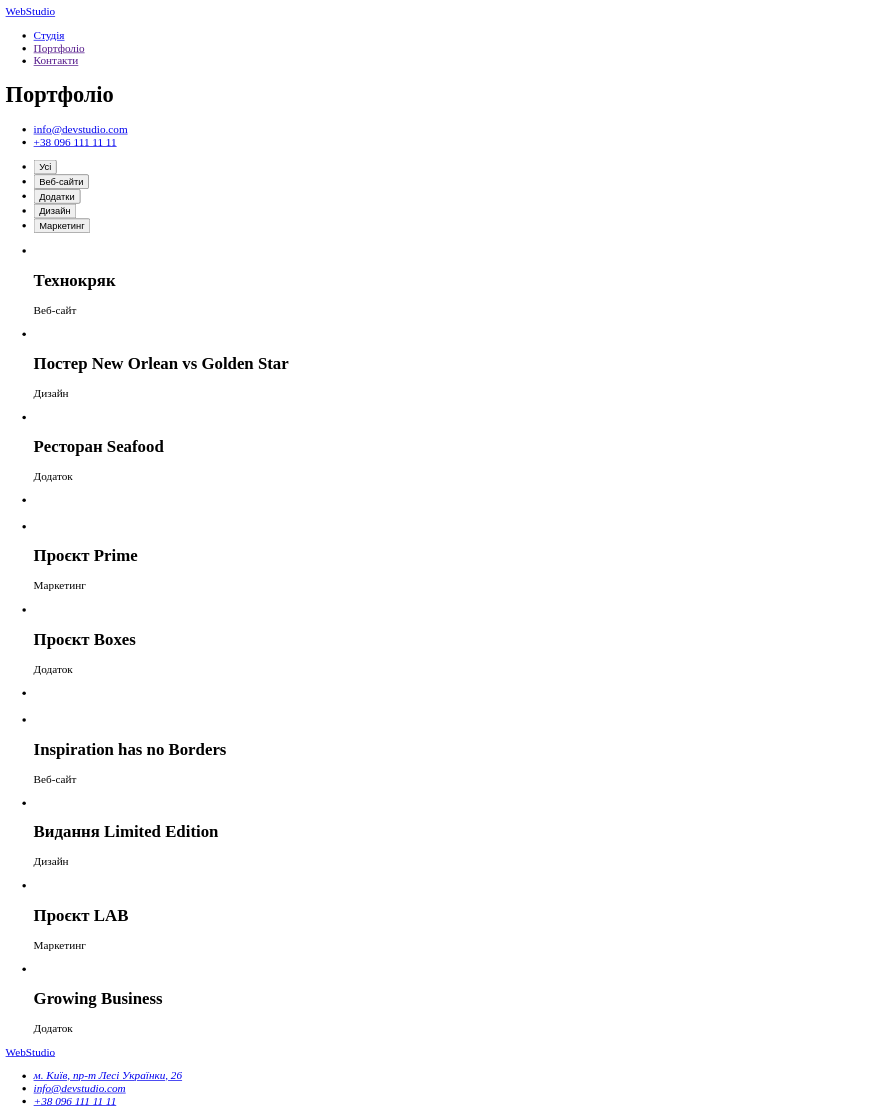
Repository: Mariia2811/goit-markup-hw-03
Page: portfolio.html
The author's editor kept a copy of each file at every save. The page is drawn from the files as they stood at one save, then again after a run of saves.
The browser window is 1280 px wide. The pictures show the whole page, at 70% of full size.

Above is the page before, as saved 2022-11-24 20:01:52.

### portfolio.html
<!DOCTYPE html>
<html lang="uk">
  <head>
    <meta charset="UTF-8" />
    <meta http-equiv="X-UA-Compatible" content="IE=edge" />
    <meta name="viewport" content="width=device-width, initial-scale=1.0" />
    <title>Document</title>
  </head>
  <body>
    <header>
      <nav>
        <a href="./index.html">WebStudio</a>
        <ul>
          <li><a href="./index.html">Студія</a></li>
          <li><a href="">Портфоліо</a></li>
          <li><a href="">Контакти</a></li>
        </ul>
      </nav>
      <h1>Портфоліо</h1>
      <ul>
          <li><a href="mailto:info@devstudio.com">info@devstudio.com</a></li>
          <li><a href="tel:+380961111111">+38 096 111 11 11</a></li>
        </ul>
    </header>
    <main>
        <section>
            <ul>
                <li><button type="button">Усі</button></li>
                <li><button type="button">Веб-сайти</button></li>
                <li><button type="button">Додатки</button></li>
                <li><button type="button">Дизайн</button></li>
                <li><button type="button">Маркетинг</button></li>
            </ul>
        </section>
        <section>
            <ul>
                <li>
                    <img src="" alt="">
                    <h2>Технокряк</h2>
                    <p>Веб-сайт</p>
                </li>
                <li>
                    <img src="" alt="">
                    <h2>Постер New Orlean vs Golden Star</h2>
                    <p>Дизайн</p>
                </li>
                <li>
                    <img src="" alt="">
                    <h2>Ресторан Seafood</h2>
                    <p>Додаток</p>
                </li>
                <li>
                    <img src="" alt="">
                    <h2></h2>
                    <p></p>
                </li>
                <li>
                    <img src="" alt="">
                    <h2>Проєкт Prime</h2>
                    <p>Маркетинг</p>
                </li>
                <li>
                    <img src="" alt="">
                    <h2>Проєкт Boxes</h2>
                    <p>Додаток</p>
                </li>
                <li>
                    <img src="" alt="">
                    <h2></h2>
                    <p></p>
                </li>
                <li>
                    <img src="" alt="">
                    <h2>Inspiration has no Borders</h2>
                    <p>Веб-сайт</p>
                </li>
                <li>
                    <img src="" alt="">
                    <h2>Видання Limited Edition</h2>
                    <p>Дизайн</p>
                </li>
                <li>
                    <img src="" alt="">
                    <h2>Проєкт LAB</h2>
                    <p>Маркетинг</p>
                </li>
                <li>
                    <img src="" alt="">
                    <h2>Growing Business</h2>
                    <p>Додаток</p>
                </li>
            </ul>
        </section>
    </main>
    <footer>
        <a href="./index.html">WebStudio</a>
        <address>
          <ul>
            <li>
              <a
                href="https://www.google.com.ua/maps/place/%D0%B1%D1%83%D0%BB.+%D0%9B%D0%B5%D1%81%D0%B8+%D0%A3%D0%BA%D1%80%D0%B0%D0%B8%D0%BD%D0%BA%D0%B8,+26,+%D0%9A%D0%B8%D0%B5%D0%B2,+02000/@50.4265807,30.5361918,17z/data=!3m1!4b1!4m5!3m4!1s0x40d4cf0e033ecbe9:0x57a4dffefec77da0!8m2!3d50.4265807!4d30.5383858?hl=ru"
                target="_blank"
                rel="noopener noreferrer nofollow"
                >м. Київ, пр-т Лесі Українки, 26</a
              >
            </li>
            <li><a href="mailto:info@devstudio.com">info@devstudio.com</a></li>
            <li><a href="tel:+380961111111">+38 096 111 11 11</a></li>
          </ul>
        </address>
      </footer>
    </body>
  </html>

After the next 3 saves:
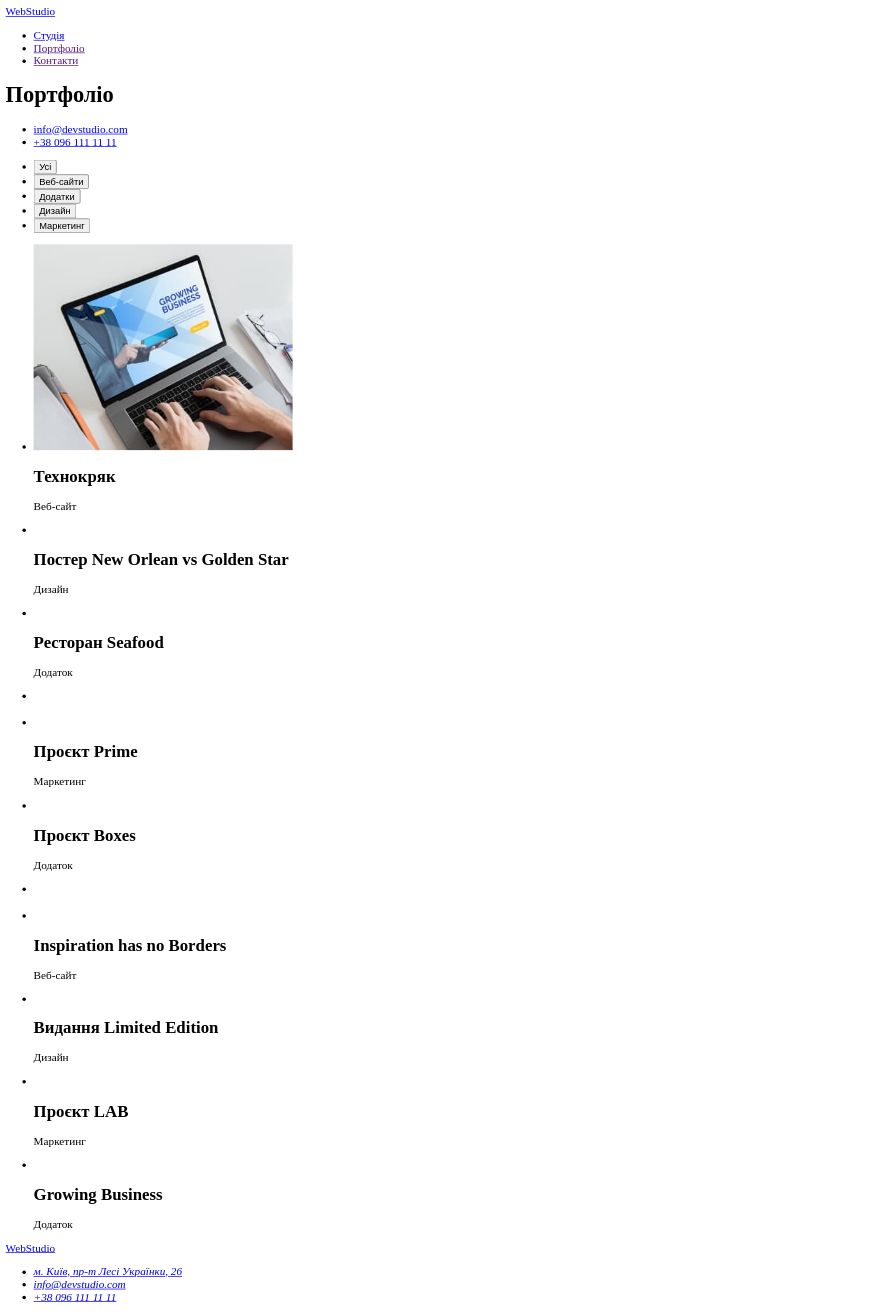
The 3 saves are shown as one change because they came seconds apart.
The last was saved 18 h 24 min later.
--- a/portfolio.html
+++ b/portfolio.html
@@ -35,7 +35,7 @@
         <section>
             <ul>
                 <li>
-                    <img src="" alt="">
+                    <img src="./images/notebook.jpg" alt="">
                     <h2>Технокряк</h2>
                     <p>Веб-сайт</p>
                 </li>
